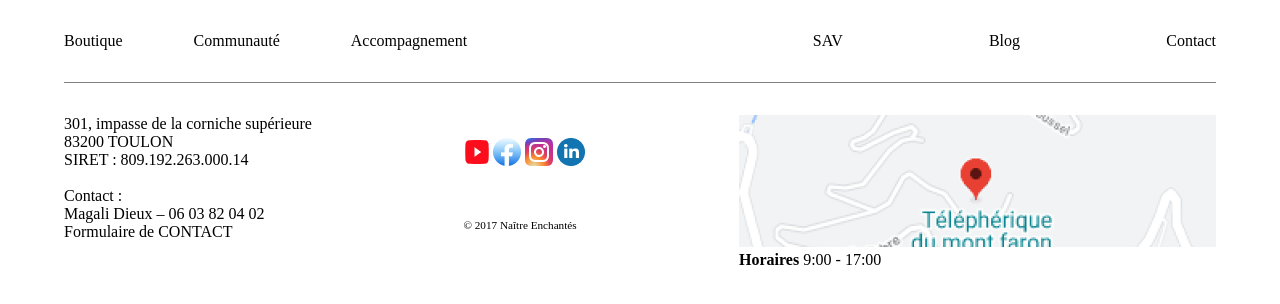
Repository: Khadija-Asa/naitre-enchantes
Page: footer.html
The author's editor kept a copy of each file at every save. The page is drawn from the files as they stood at one save, then again after a run of saves.
The browser window is 1280 px wide. The pictures show the whole page.

Above is the page before, as saved 2020-11-24 23:21:16.

### footer.html
<!DOCTYPE html>
<html lang="en">
<head>
    <meta charset="UTF-8">
    <meta name="viewport" content="width=device-width, initial-scale=1.0">
    <title>naître enchantés</title>
    <link rel="stylesheet" href="footer.css">
</head>
<body>
    <footer>
        <div class="footer_top">
            <ul class="top_left">
                <li>Boutique</li>
                <li>Communauté</li>
                <li>Accompagnement</li>
            </ul>
            <ul class="top_right">
                <li>SAV</li>
                <li>Blog</li>
                <li>Contact</li>
            </ul>
        </div>
        <div class="footer_bottom">
            <div class="bottom_left">
                <p>301, impasse de la corniche supérieure <br>
                    83200 TOULON <br>
                    SIRET : 809.192.263.000.14 <br><br>

                    Contact : <br>
                    Magali Dieux – 06 03 82 04 02 <br>
                    Formulaire de CONTACT</p>
            </div>
            <div class="bottom_middle">
                <ul>
                    <li><a href=""><img src="img/youtube.png" alt="icon" class="icon_footer"></a></li>
                    <li><a href=""><img src="img/Group 1.png" alt="icon" class="icon_footer"></a></li>
                    <li><a href=""><img src="img/instagram.png" alt="icon" class="icon_footer"></a></li>
                    <li><a href=""><img src="img/linkedin.png" alt="icon" class="icon_footer"></a></li>
                </ul>
                <p> © 2017 Naître Enchantés</p>
            </div>
            <div class="bottom_right">
                <img src="img/Rectangle 38.png" alt="google map">
                <p> <b> Horaires </b> 9:00 - 17:00</p>
            </div>
        </div>
    </footer>
</body>
</html>

### footer.css
* {
    margin: 0;
    padding: 0;
    font-family: ;
}
footer {
    margin: 2em 5% 0;
}
.footer_top {
    display: flex;
    justify-content: space-between;
    flex-wrap: wrap;
    align-items: center;
    margin: 2em auto;
    padding-bottom: 2em;
    border-bottom: solid 1px gray;
}

.top_left,
.top_right {
    display: flex;
    justify-content: space-between;
    flex-wrap: wrap;
    align-items: center;
    list-style: none;
    width: 35%;
}

.footer_bottom {
    display: flex;
    justify-content: space-between;
    flex-wrap: wrap;
}
.footer_bottom ul {
    list-style: none;
    display: flex;
    justify-content: space-around;
    flex-wrap: wrap;
    align-items: center;
    margin: 1.5em auto 4em;
}
.footer_bottom li a {
    color: black;
    text-decoration: none;
}

.bottom_middle {
    font-size: .7em;
}

After the next 3 saves:
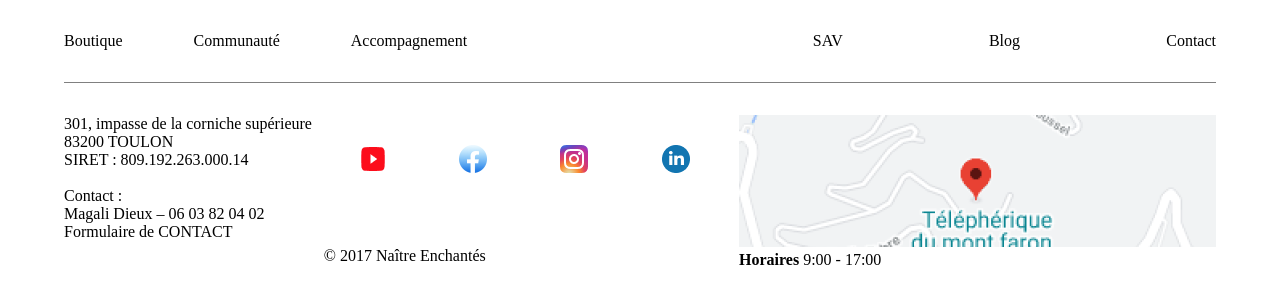
The 3 saves are shown as one change because they came seconds apart.
The last was saved 11 s later.
--- a/footer.css
+++ b/footer.css
@@ -45,5 +45,5 @@
 }
 
 .bottom_middle {
-    font-size: .7em;
+    width: 35%;
 }
